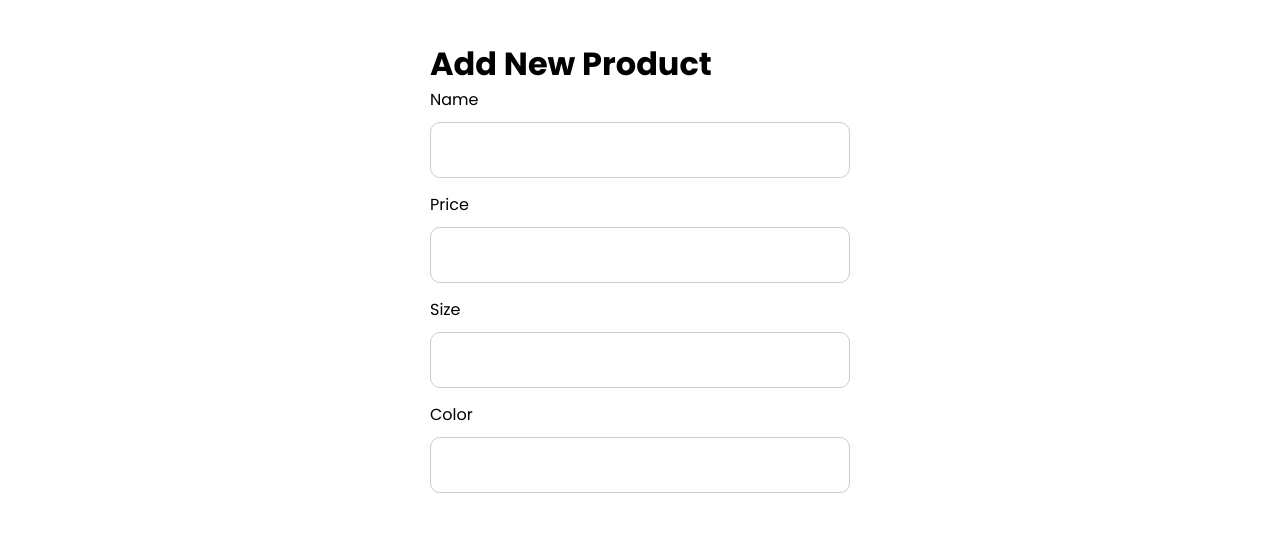
Repository: hoang0508/ReactJsHoiDanIT
Page: /form
The author's editor kept a copy of each file at every save. The page is drawn from the files as they stood at one save, then again after the next save.
The browser window is 1280 px wide. The pictures show the whole page.
The project was rebuilt for these pictures with package versions that can differ from the ones it lists, and the page was loaded fresh each time.

Above is the page before, as saved 2022-02-15 10:01:56.

After the next save:
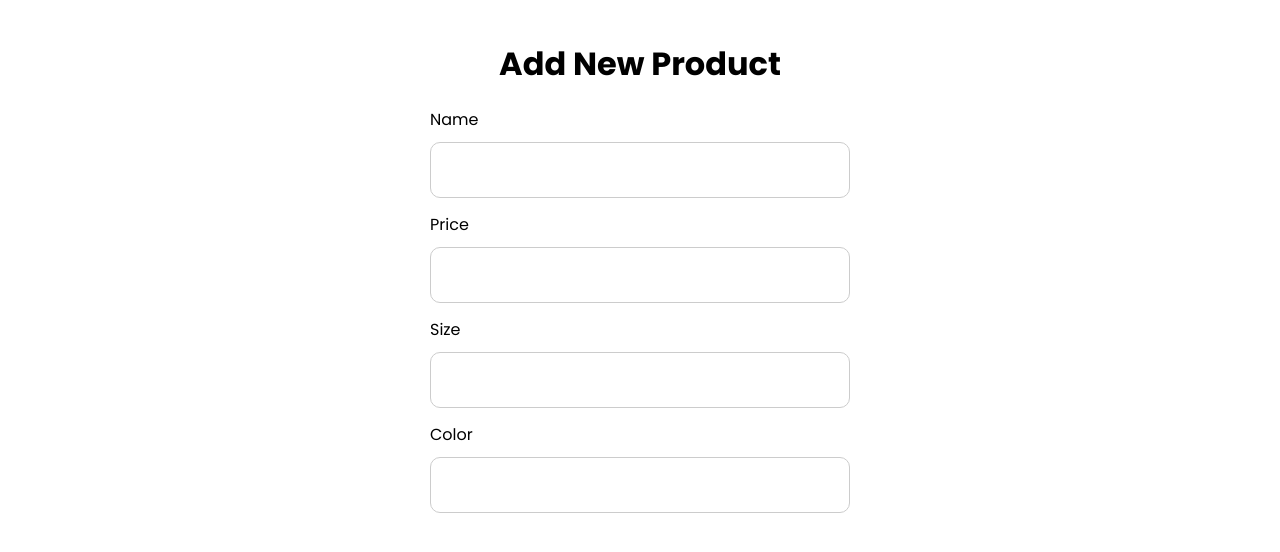
Saved 23 s later.
--- a/src/components/Form/AddNewProduct.scss
+++ b/src/components/Form/AddNewProduct.scss
@@ -3,6 +3,10 @@
   width: 100%;
   padding: 40px;
   margin: 0 auto;
+  &-title {
+    margin-bottom: 20px;
+    text-align: center;
+  }
   &-group {
     display: flex;
     flex-direction: column;
